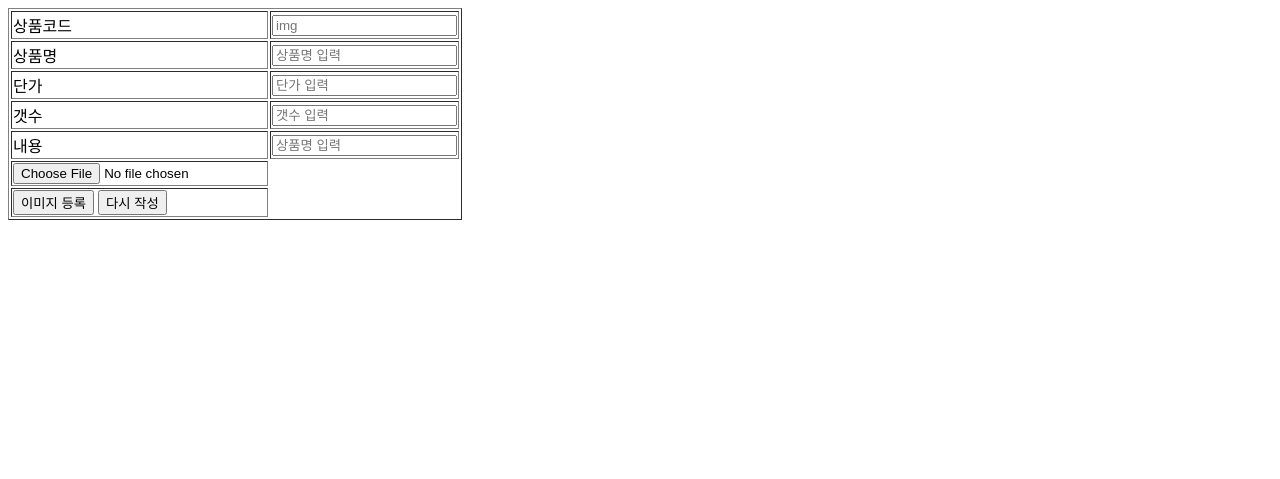
Repository: naldal/Bitcamp
Page: http://localhost/miniProject/imageboard/imageboardWriteForm.jsp
The author's editor kept a copy of each file at every save. The page is drawn from the files as they stood at one save, then again after the next save.
The browser window is 1280 px wide. The pictures show the whole page.
The page is served by Tomcat 9. Other server files are loaded and not shown.

Above is the page before, as saved 2020-02-16 04:16:35.

### miniProject/WebContent/imageboard/imageboardWriteForm.jsp
<%@ page language="java" contentType="text/html; charset=UTF-8"
    pageEncoding="UTF-8"%>
<!DOCTYPE html>
<form name="imageBoardForm" action="" method="post" enctype="multipart/form-data">
    <table border="1">
        <tr>
            <td>상품코드</td>
            <td><input type="text" name="imageid" placeholder="img"></td>
        </tr>
        <tr>
            <td>상품명</td>
            <td><input type="text" name="imagename" placeholder="상품명 입력"></td>
        </tr>
        <tr>
            <td>단가</td>
            <td><input type="text" name="imageprice" placeholder="단가 입력"></td>
        </tr>
        <tr>
            <td>갯수</td>
            <td><input type="text" name="imageqty" placeholder="갯수 입력"></td>
        </tr>
        <tr>
            <td>내용</td>
            <td><input type="text" name="imagecontent" placeholder="상품명 입력"></td>
        </tr>
        <tr colspan="2">
            <td>
                <input type="file" name="image1">
            </td>
        </tr>
        <tr colspan="2">
            <td>
                <input type="submit" value="이미지 등록">
                <input type="reset" value="다시 작성">
            </td>
        </tr>
    </table>
    </form>

After the next save:
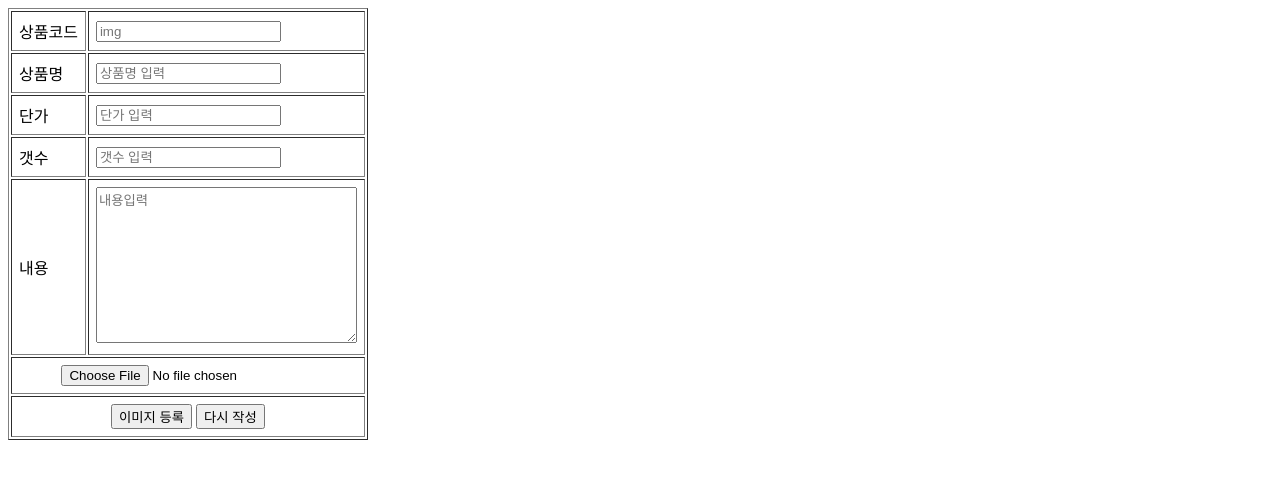
Saved 6 min 2 s later.
--- a/miniProject/WebContent/imageboard/imageboardWriteForm.jsp
+++ b/miniProject/WebContent/imageboard/imageboardWriteForm.jsp
@@ -2,7 +2,8 @@
     pageEncoding="UTF-8"%>
 <!DOCTYPE html>
 <form name="imageBoardForm" action="" method="post" enctype="multipart/form-data">
-    <table border="1">
+    <form name="imageBoardForm" action="" method="post" enctype="multipart/form-data">
+    <table border="1" cellpadding="7">
         <tr>
             <td>상품코드</td>
             <td><input type="text" name="imageid" placeholder="img"></td>
@@ -21,15 +22,16 @@
         </tr>
         <tr>
             <td>내용</td>
-            <td><input type="text" name="imagecontent" placeholder="상품명 입력"></td>
+            <td><textarea name="imagecontent" id="imagecontent"
+                placeholder="내용입력" cols="30" rows="10"></textarea></td>
         </tr>
-        <tr colspan="2">
-            <td>
+        <tr >
+            <td colspan="2" align="center">
                 <input type="file" name="image1">
             </td>
         </tr>
-        <tr colspan="2">
-            <td>
+        <tr >
+            <td colspan="2" align="center">
                 <input type="submit" value="이미지 등록">
                 <input type="reset" value="다시 작성">
             </td>
